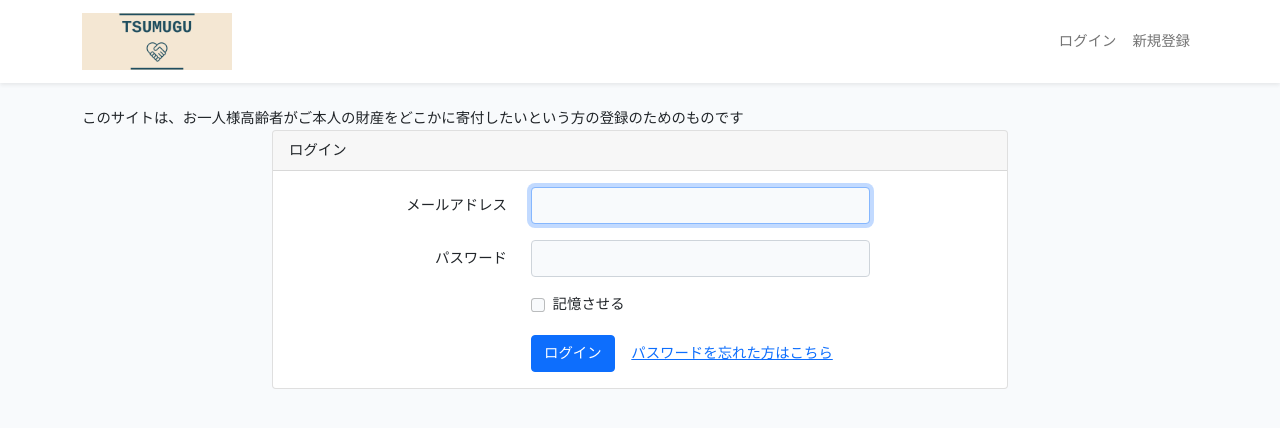
Repository: zukka1804/2-20220424
Page: http://localhost/login
The author's editor kept a record of every edit. The page is drawn from the files as they stood at one moment, then again after the next edit.
The browser window is 1280 px wide. The pictures show the whole page.
The page is served by the project's Laravel application, run on PHP 8.4 with Laravel 9. Other server files are loaded and not shown.

Above is the page before.

### cms/routes/web.php
<?php

use Illuminate\Support\Facades\Route;
use App\Http\Controllers\BookController;
/*
|--------------------------------------------------------------------------
| Web Routes
|--------------------------------------------------------------------------
|
| Here is where you can register web routes for your application. These
| routes are loaded by the RouteServiceProvider within a group which
| contains the "web" middleware group. Now create something great!
|
*/
Route::group(['middleware' => 'auth'], function () {
    // 本のダッシュボード表示
Route::get('/', [BookController::class, 'index']);

// 新「本」を追加
Route::post('/books', [BookController::class, 'store']);

//「本」の更新画面表示
Route::get('/booksedit/{book}',[BookController::class, 'edit']);

//「本」の更新処理
Route::post('books/update',[BookController::class, 'update']);

// 本を削除
Route::delete('/book/{book}', [BookController::class, 'destroy']);

// ログインユーザの本を取得
Route::get('/home', [App\Http\Controllers\HomeController::class, 'index']);


	Route::get('/admin', [BookController::class, 'adminIndex']);




});


// // 管理者ページ
// Route::middleware(['AdminMiddleware'])->group(function(){
//  	Route::get('/admin', [BookController::class, 'adminIndex']);
// });







Route::get('/mail', [MailController::class, 'index']);
Route::post('/mail', [MailController::class, 'send']);


Auth::routes();


// Route::get('/pivot', function(){
//     $user=User::find(1);
//     foreach ($user->roles as $role) {
//         echo $role->pivot;
//     }
// });

### cms/resources/views/auth/login.blade.php
@extends('layouts.app')

@section('content')

<div class="container">
     <div>このサイトは、お一人様高齢者がご本人の財産をどこかに寄付したいという方の登録のためのものです</div>
    <div class="row justify-content-center">
        <div class="col-md-8">
            <div class="card">


                <div class="card-header">{{ __('ログイン') }}</div>

                <div class="card-body">
                    <form method="POST" action="{{ route('login') }}">
                        @csrf

                        <div class="row mb-3">
                            <label for="email" class="col-md-4 col-form-label text-md-end">{{ __('メールアドレス') }}</label>

                            <div class="col-md-6">
                                <input id="email" type="email" class="form-control @error('email') is-invalid @enderror" name="email" value="{{ old('email') }}" required autocomplete="email" autofocus>

                                @error('email')
                                    <span class="invalid-feedback" role="alert">
                                        <strong>{{ $message }}</strong>
                                    </span>
                                @enderror
                            </div>
                        </div>

                        <div class="row mb-3">
                            <label for="password" class="col-md-4 col-form-label text-md-end">{{ __('パスワード') }}</label>

                            <div class="col-md-6">
                                <input id="password" type="password" class="form-control @error('password') is-invalid @enderror" name="password" required autocomplete="current-password">

                                @error('password')
                                    <span class="invalid-feedback" role="alert">
                                        <strong>{{ $message }}</strong>
                                    </span>
                                @enderror
                            </div>
                        </div>

                        <div class="row mb-3">
                            <div class="col-md-6 offset-md-4">
                                <div class="form-check">
                                    <input class="form-check-input" type="checkbox" name="remember" id="remember" {{ old('remember') ? 'checked' : '' }}>

                                    <label class="form-check-label" for="remember">
                                        {{ __('記憶させる') }}
                                    </label>
                                </div>
                            </div>
                        </div>

                        <div class="row mb-0">
                            <div class="col-md-8 offset-md-4">
                                <button type="submit" class="btn btn-primary">
                                    {{ __('ログイン') }}
                                </button>

                                @if (Route::has('password.request'))
                                    <a class="btn btn-link" href="{{ route('password.request') }}">
                                        {{ __('パスワードを忘れた方はこちら') }}
                                    </a>
                                @endif
                            </div>
                        </div>
                    </form>
                </div>
            </div>
        </div>
    </div>
</div>
@endsection

### cms/resources/views/layouts/app.blade.php
<!doctype html>
<html lang="{{ str_replace('_', '-', app()->getLocale()) }}">
<head>
    <meta charset="utf-8">
    <meta name="viewport" content="width=device-width, initial-scale=1">

    <!-- CSRF Token -->
    <meta name="csrf-token" content="{{ csrf_token() }}">

    <title>{{ config('app.name', 'Laravel') }}</title>

    <!-- Scripts -->
    <script src="{{ asset('js/app.js') }}" defer></script>

    <!-- Fonts -->
    <link rel="dns-prefetch" href="//fonts.gstatic.com">
    <link href="https://fonts.googleapis.com/css?family=Nunito" rel="stylesheet">

    <!-- Styles -->
    <link href="{{ asset('css/app.css') }}" rel="stylesheet">
</head>
<body>
    <div id="app">
        <nav class="navbar navbar-expand-md navbar-light bg-white shadow-sm">
            <div class="container">
            <a class="navbar-brand" href="{{ url('/') }}">
                <img src="/images/logo.png" style="width:150px;">
            </a>
                <button class="navbar-toggler" type="button" data-bs-toggle="collapse" data-bs-target="#navbarSupportedContent" aria-controls="navbarSupportedContent" aria-expanded="false" aria-label="{{ __('Toggle navigation') }}">
                    <span class="navbar-toggler-icon"></span>
                </button>

                <div class="collapse navbar-collapse" id="navbarSupportedContent">
                    <!-- Left Side Of Navbar -->
                    <ul class="navbar-nav me-auto">

                    </ul>

                    <!-- Right Side Of Navbar -->
                    <ul class="navbar-nav ms-auto">
                        <!-- Authentication Links -->
                        @guest
                            @if (Route::has('login'))
                                <li class="nav-item">
                                    <a class="nav-link" href="{{ route('login') }}">{{ __('ログイン') }}</a>
                                </li>
                            @endif

                            @if (Route::has('register'))
                                <li class="nav-item">
                                    <a class="nav-link" href="{{ route('register') }}">{{ __('新規登録') }}</a>
                                </li>
                            @endif
                        @else
                            <li class="nav-item dropdown">
                                <a id="navbarDropdown" class="nav-link dropdown-toggle" href="#" role="button" data-bs-toggle="dropdown" aria-haspopup="true" aria-expanded="false" v-pre>
                                    {{ Auth::user()->name }}
                                </a>

                                <div class="dropdown-menu dropdown-menu-end" aria-labelledby="navbarDropdown">
                                    <a class="dropdown-item" href="{{ url('/home') }}">マイページ</a>
                                    <!--追加-->
                                    <a class="dropdown-item" href="{{ url('/admin') }}">管理者メニュー</a>
                                    <a class="dropdown-item" href="{{ route('logout') }}"
                                       onclick="event.preventDefault();
                                                     document.getElementById('logout-form').submit();">
                                        {{ __('ログアウト') }}
                                    </a>

                                    <form id="logout-form" action="{{ route('logout') }}" method="POST" class="d-none">
                                        @csrf
                                    </form>
                                </div>
                            </li>
                        @endguest
                    </ul>
                </div>
            </div>
        </nav>

        <main class="py-4">
            @yield('content')
        </main>
    </div>
</body>
</html>

Loaded but not shown: cms/app/Http/Controllers/Auth/ConfirmPasswordController.php (common file); cms/app/Http/Controllers/Controller.php (common file); cms/app/Http/Controllers/Auth/LoginController.php (common file); cms/lang/en.json (common file); cms/public/css/app.css (library)

After the next edit:
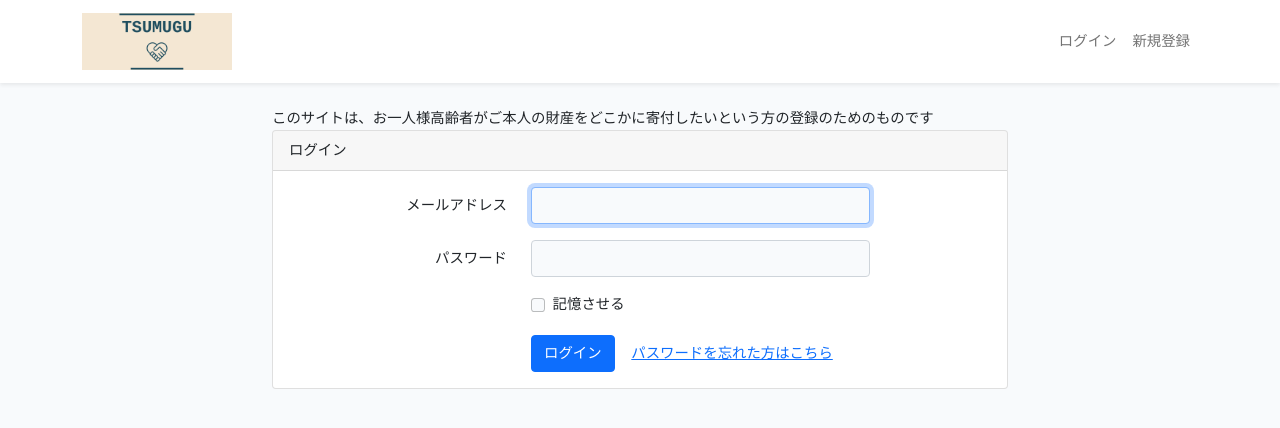
The edit:
--- a/cms/resources/views/auth/login.blade.php
+++ b/cms/resources/views/auth/login.blade.php
@@ -3,9 +3,11 @@
 @section('content')
 
 <div class="container">
-     <div>このサイトは、お一人様高齢者がご本人の財産をどこかに寄付したいという方の登録のためのものです</div>
+
     <div class="row justify-content-center">
+
         <div class="col-md-8">
+             <div>このサイトは、お一人様高齢者がご本人の財産をどこかに寄付したいという方の登録のためのものです</div>
             <div class="card">
 
 
